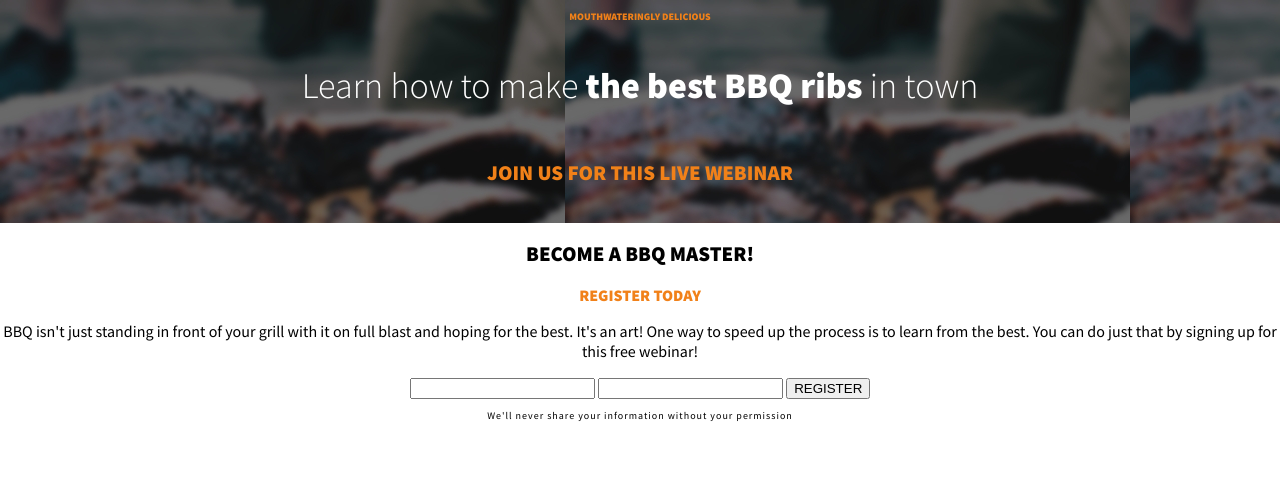
Repository: Doumham-Armah/BBQ-landing-page
Page: index.html
An editor plug-in stored every save of this project. The page is shown before and after the next save, followed by the edit.
The browser window is 1280 px wide. The pictures show the whole page.

Above is the page before, as saved 2021-09-04 18:18:37.

### index.html
<!DOCTYPE html>
<html lang="en">
  <head>
    <link
      href="https://fonts.googleapis.com/css?family=Source+Sans+Pro:300,400,900&display=swap"
      rel="stylesheet"
    />
    <link href="styles.css" rel="stylesheet" />

    <title>BBQ Page</title>
  </head>

  <body>
    <div class="splitter">
      <section class="intro">
        <p class="top-text">Mouthwateringly delicious</p>
        <h1>Learn how to make <strong>the best BBQ ribs</strong> in town</h1>
        <p>Join us for this live webinar</p>
      </section>

      <section class="main-content">
        <div class="container">
          <h2>Become a BBQ master!</h2>
          <p>Register Today</p>
          <p>
            BBQ isn't just standing in front of your grill with it on full blast
            and hoping for the best. It's an art! One way to speed up the
            process is to learn from the best. You can do just that by signing
            up for this free webinar!
          </p>
          <input type="text" />
          <input type="text" />
          <button class="btn register-btn">Register</button>
          <p class="fine-print">
            We'll never share your information without your permission
          </p>
        </div>
      </section>
    </div>
  </body>
</html>

### styles.css
body {
  margin: 0;
  font-family: "Source Sans Pro", sans-serif;
  font-size: 1rem;
  text-align: center;
}

h1 {
  font-size: 2.25rem;
  font-weight: 300;
  color: #fff;
}

/* applies to p that is directly a sibling of h1 */
h1 + p {
  color: #f18119;
  font-weight: 900;
  font-size: 1.3125rem;
  text-transform: uppercase;
}

h2 {
  font-size: 1.3125rem;
  text-transform: uppercase;
}

h2 + p {
  color: #f18119;
  font-weight: 900;
  font-size: 1rem;
  text-transform: uppercase;
}

.top-text {
  font-size: 0.625rem;
  font-weight: 900;
  color: #f18119;
  text-transform: uppercase;
}
.fine-print {
  font-size: 0.625rem;
  letter-spacing: 1px;
}
strong {
  font-weight: 900;
}

.register-btn {
  text-transform: uppercase;
}

/* =================
   Intro section
   ================= */
.intro {
  background-image: url(images/dark-ribs.jpg);
  background-color: #404040;
  padding: 0 0.25em 1em;
  display: flex;
  flex-direction: column;
}

After the next save:
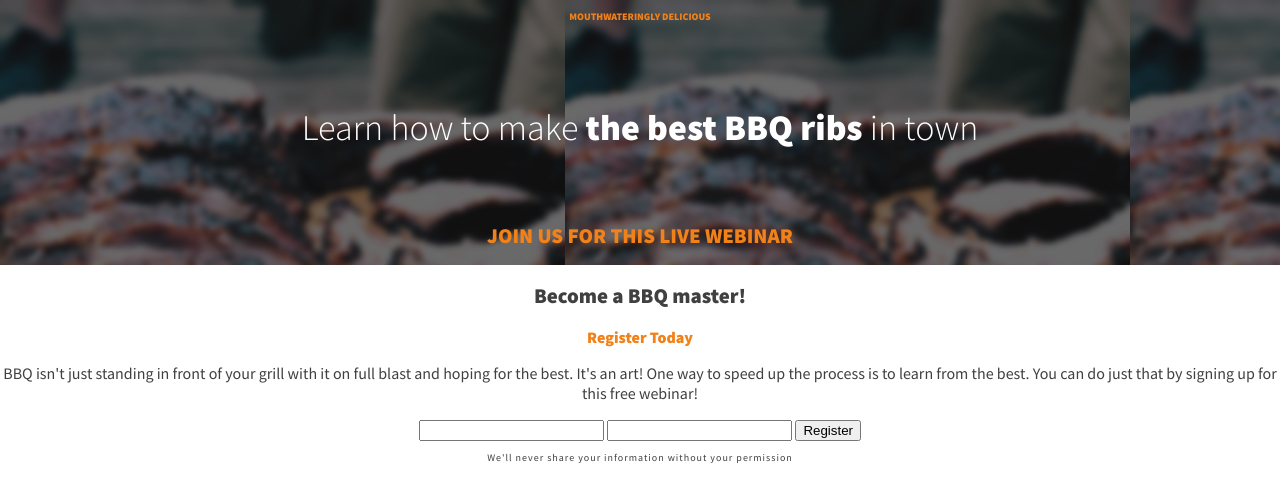
Saved 2 min 26 s later.
--- a/styles.css
+++ b/styles.css
@@ -1,57 +1,62 @@
+/*  font-family: 'Source Sans Pro', sans-serif;  */
+
 body {
   margin: 0;
   font-family: "Source Sans Pro", sans-serif;
   font-size: 1rem;
+  color: #404040;
   text-align: center;
 }
+
+/* =================
+ Typography
+ ================= */
 
 h1 {
   font-size: 2.25rem;
   font-weight: 300;
   color: #fff;
+  margin: 2em 0;
 }
 
-/* applies to p that is directly a sibling of h1 */
 h1 + p {
   color: #f18119;
   font-weight: 900;
   font-size: 1.3125rem;
   text-transform: uppercase;
+  margin: 0;
 }
 
 h2 {
   font-size: 1.3125rem;
-  text-transform: uppercase;
 }
 
 h2 + p {
+  font-weight: 900;
   color: #f18119;
-  font-weight: 900;
-  font-size: 1rem;
-  text-transform: uppercase;
 }
 
 .top-text {
   font-size: 0.625rem;
+  color: #f18119;
   font-weight: 900;
-  color: #f18119;
   text-transform: uppercase;
+  order: -1;
 }
+
 .fine-print {
   font-size: 0.625rem;
   letter-spacing: 1px;
 }
+
 strong {
   font-weight: 900;
 }
 
-.register-btn {
-  text-transform: uppercase;
-}
+/* =================
+ Intro section
+ ================= */
 
-/* =================
-   Intro section
-   ================= */
 .intro {
   background-image: url(images/dark-ribs.jpg);
   background-color: #404040;
